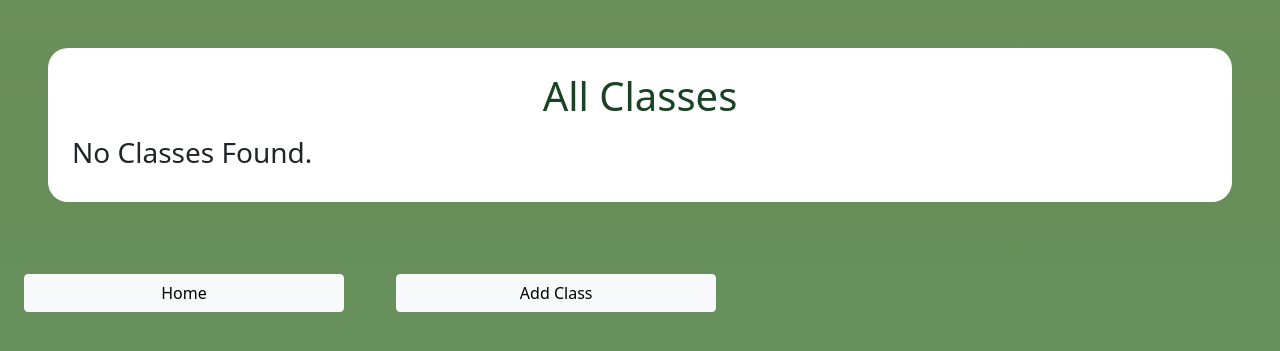
Repository: ronetteguevara/CalTech-ZumbaApp
Page: http://localhost/ZumbaApp/ViewClasses.jsp
These files come from the project's save history. The page is drawn as it stood at one moment and after the next save; the edit follows.
The browser window is 1280 px wide. The pictures show the whole page.
The page is served by Tomcat 10. Other server files are loaded and not shown. Queries for data that is not in the repository find no rows.

Above is the page before, as saved 2024-05-03 02:13:20.

### ZumbaApp/ZumbaApp/src/main/webapp/ViewClasses.jsp
<%@ page contentType="text/html;charset=UTF-8" language="java" %>
<%@ page import="java.util.ArrayList, com.zumbaapp.servlet.db.DB, com.zumbaapp.servlet.model.Classes" %>
<html>
<head>
    <title>All Classes</title>
<link rel="stylesheet" href="css/bootstrap.css"></link>
<link rel="stylesheet" href="style.css"></link>
</head>
<body class="gradient-background justify-content-center">

        <div class="my-4 d-flex justify-content-center col-xl-12 col-lg-12 col-md-12 col-sm-12 col-12">
        <div class="container-fluid my-4 mx-5 px-4 py-4 justify-content-center" style="background-color: white; border-radius: 20px;">
        <h1 class="mb-3" style="text-align: center;">All Classes</h1>

        <%
            DB db = new DB();
            ArrayList<Classes> zumbaClasses = db.fetchAllClasses();
            db.closeConnection();

            if (zumbaClasses != null && zumbaClasses.size() > 0) {
                out.print("<table class='table table-hover'>");
                out.print("<thead>");
                out.print("<tr>");
                out.print("<th scope='col'>ID</th>");
                out.print("<th scope='col'>Name</th>");
                out.print("<th scope='col'>Session</th>");
                out.print("<th scope='col'>Date</th>");
                out.print("<th scope='col'>Start Time</th>");
                out.print("<th scope='col'>End Time</th>");
                out.print("<th scope='col'>Location</th>");
                out.print("<th scope='col'>Actions</th>");
                out.print("</tr>");
                out.print("</thead>");
                out.print("<tbody>");


                for (Classes classes : zumbaClasses) {
                    out.print("<tr>");
                    out.print("<td>" + classes.id + "</td>");
                    out.print("<td>" + classes.name + "</td>");
                    out.print("<td>" + classes.session + "</td>");
                    out.print("<td>" + classes.date + "</td>");
                    out.print("<td>" + classes.startTime + "</td>");
                    out.print("<td>" + classes.endTime + "</td>");
                    out.print("<td>" + classes.location + "</td>");
                    out.print("<td><a href='DeleteClasses?id=" + classes.id + "'>Delete</a> | <a href='EditClass.jsp?id=" + classes.id + "'>Edit</a></td>");
                    out.print("</tr>");
                }
                out.print("</tbody>");
                out.print("</table>");
            } else {
                out.print("<h3>No Classes Found.</h3>");
            }

            out.print("</div>");
            out.print("</div>");
        %>
        <div class="justify-content-center">
        <button type="button" class="w-25 btn btn-primary btn-light mx-4 my-4" href="Home.jsp">Home</a></button>
        <button type="button" class="w-25 btn btn-primary btn-light mx-4 my-4" href="add-class.html">Add Class</a></button>
		</div>
</body>
</html>

### ZumbaApp/ZumbaApp/src/main/java/com/zumbaapp/servlet/db/DB.java
package com.zumbaapp.servlet.db;

import java.sql.Connection;
import java.sql.DriverManager;
import java.sql.PreparedStatement;
import java.sql.ResultSet;
import java.util.ArrayList;

import com.zumbaapp.servlet.model.Classes;
import com.zumbaapp.servlet.model.Participant;

public class DB {

		Connection connection;
		PreparedStatement preparedStatement;

		public DB() {
			try {
				Class.forName("com.mysql.cj.jdbc.Driver");
				System.out.println("[DB] Driver Loaded");

				connection = DriverManager.getConnection("jdbc:mysql://127.0.0.1:3306/zumba_management", "root", "201155876");
				System.out.println("[DB] Connection created");
			}
			catch(Exception e) {
				System.out.println("Something went wrong: " + e);
			}
		}

		public void closeConnection() {
			try {
				connection.close();
				System.out.println("[DB] Connection to DB closed");
			}
			catch(Exception e) {
				System.out.println("Something went wrong: " + e);
			}
		}

		public int addClasses(Classes classes) {
			int result = 0;

			try {
			String sql = "INSERT INTO Classes VALUES (null, ?, ?, ?, ?, ?, ?)";
			preparedStatement = connection.prepareStatement(sql);
			preparedStatement.setString(1, classes.name);
			preparedStatement.setString(2, classes.session);
			preparedStatement.setString(3, classes.date);
			preparedStatement.setString(4, classes.startTime);
			preparedStatement.setString(5, classes.endTime);
			preparedStatement.setString(6, classes.location);

			result = preparedStatement.executeUpdate();

			}
			catch(Exception e) {
				System.out.println("Something went wrong: " + e);
			}
			return result;
		}

		public int addParticipant(Participant participant) {
			int result = 0;

			try {
			String sql = "INSERT INTO Participant VALUES (null, ?, ?, ?, ?, ?)";
			preparedStatement = connection.prepareStatement(sql);
			preparedStatement.setString(1, participant.firstName);
			preparedStatement.setString(2, participant.lastName);
			preparedStatement.setString(3, participant.email);
			preparedStatement.setString(4, participant.phone);
			preparedStatement.setString(5, participant.zumbaClass);

			result = preparedStatement.executeUpdate();

			}
			catch(Exception e) {
				System.out.println("Something went wrong: " + e);
			}
			return result;
		}

		public ArrayList<Classes> fetchAllClasses() {
			ArrayList<Classes> zumbaClasses = new ArrayList<>();
			try {
				String sql = "SELECT * FROM Classes";
				preparedStatement = connection.prepareStatement(sql);

				ResultSet set = preparedStatement.executeQuery();

				while(set.next()) {
					Classes classes = new Classes();
					classes.id = set.getInt(1);
					classes.name = set.getString(2);
					classes.session = set.getString(3);
					classes.date = set.getString(4);
					classes.startTime = set.getString(5);
					classes.endTime = set.getString(6);
					classes.location = set.getString(7);

					zumbaClasses.add(classes);

				}
			}
			catch(Exception e) {
				System.out.println("Something went wrong: " + e);

			}
			return zumbaClasses;
		}

		public ArrayList<Participant> fetchAllParticipants() {
			ArrayList<Participant> zumbaParticipants = new ArrayList<>();
			try {
				String sql = "SELECT * FROM Participant";
				preparedStatement = connection.prepareStatement(sql);

				ResultSet set = preparedStatement.executeQuery();

				while(set.next()) {
					Participant participant = new Participant();
					participant.id = set.getInt(1);
					participant.firstName = set.getString(2);
					participant.lastName = set.getString(3);
					participant.email = set.getString(4);
					participant.phone = set.getString(5);
					participant.zumbaClass = set.getString(6);

					zumbaParticipants.add(participant);
				}
			}
			catch(Exception e) {
				System.out.println("Something went wrong: " + e);

			}
			return zumbaParticipants;
		}

		public int deleteClasses(int id) {
			int result = 0;
			try {
				String sql = "DELETE FROM Classes WHERE id=?";
				preparedStatement = connection.prepareStatement(sql);
				preparedStatement.setInt(1, id);

				preparedStatement.executeUpdate();

				result = preparedStatement.executeUpdate();

			}
			catch(Exception e) {
				System.out.println("Something went wrong: " + e);
			}
			return result;
	}

		public int deleteParticipant(int id) {
			int result = 0;
			try {
				String sql = "DELETE FROM Participant WHERE id=?";
				preparedStatement = connection.prepareStatement(sql);
				preparedStatement.setInt(1, id);

				preparedStatement.executeUpdate();

				result = preparedStatement.executeUpdate();

			}
			catch(Exception e) {
				System.out.println("Something went wrong: " + e);
			}
			return result;
	}

		public Classes fetchClass(int id) {

			Classes classes = new Classes();

			try {
				String sql = "SELECT * FROM Classes WHERE id=?";
				preparedStatement = connection.prepareStatement(sql);
				preparedStatement.setInt(1, id);

				ResultSet set = preparedStatement.executeQuery();

				while(set.next()) {
					classes.id = set.getInt(1);
					classes.name = set.getString(2);
					classes.session = set.getString(3);
					classes.date = set.getString(4);
					classes.startTime = set.getString(5);
					classes.endTime = set.getString(6);
					classes.location = set.getString(7);
				}
			}
			catch(Exception e) {
				System.out.println("Something went wrong: " + e);

			}
			return classes;
		}

		public Participant fetchParticipant(int id) {
			Participant participant = new Participant();
			try {
				String sql = "SELECT * FROM Participant WHERE id=?";
				preparedStatement = connection.prepareStatement(sql);
				preparedStatement.setInt(1, id);

				ResultSet set = preparedStatement.executeQuery();

				while(set.next()) {
					participant.id = set.getInt(1);
					participant.firstName = set.getString(2);
					participant.lastName = set.getString(3);
					participant.email = set.getString(4);
					participant.phone = set.getString(5);
					participant.zumbaClass = set.getString(6);
				}
			}
			catch(Exception e) {
				System.out.println("Something went wrong: " + e);

			}
			return participant;
		}

		public int saveClasses (Classes classes) {
			int result = 0;

			try {
				String sql = "UPDATE Classes SET name = ?, session = ?, date = ?, startTime = ?, endTime = ?, location = ? WHERE id=?";
				preparedStatement = connection.prepareStatement(sql);
				preparedStatement.setString(1, classes.name);
				preparedStatement.setString(2, classes.session);
				preparedStatement.setString(3, classes.date);
				preparedStatement.setString(4, classes.startTime);
				preparedStatement.setString(5, classes.endTime);
				preparedStatement.setString(6, classes.location);
				preparedStatement.setInt(7, classes.id);

				result = preparedStatement.executeUpdate();

			}
			catch(Exception e) {
				System.out.println("Something went wrong: " + e);
			}

			return result;
		}

		public int saveParticipant (Participant participant) {
			int result = 0;

			try {
				String sql = "UPDATE Participant SET firstName = ?, lastName = ?, email = ?, phone = ?, zumbaClass = ? WHERE id=?";
				preparedStatement = connection.prepareStatement(sql);
				preparedStatement.setString(1, participant.firstName);
				preparedStatement.setString(2, participant.lastName);
				preparedStatement.setString(3, participant.email);
				preparedStatement.setString(4, participant.phone);
				preparedStatement.setString(5, participant.zumbaClass);
				preparedStatement.setInt(6, participant.id);

				result = preparedStatement.executeUpdate();

			}
			catch(Exception e) {
				System.out.println("Something went wrong: " + e);
			}

			return result;
		}

}

### ZumbaApp/ZumbaApp/src/main/webapp/style.css
@charset "UTF-8";

.button {
  background-color: #458933;
  border: none;
}

.button:hover {
  background-color: #82c360;
}

a {
  color: #458933;
}

a:hover {
 color: #82c360;
}

a:visited {
  color: #1a4324;
}

h1 {
	color: #1a4324;
}

footer {
	background-color: white;
}

.gradient-background {
  background: linear-gradient(0deg, #74d3ae, #678d58, #a6c48a);
  background-size: 1000% 1000%;

  -webkit-animation: AnimationName 8s ease infinite;
  -moz-animation: AnimationName 8s ease infinite;
  animation: AnimationName 8s ease infinite;
}

@-webkit-keyframes AnimationName {
  0%{background-position:0% 35%}
  50%{background-position:100% 66%}
  100%{background-position:0% 35%}
}
@-moz-keyframes AnimationName {
  0%{background-position:0% 35%}
  50%{background-position:100% 66%}
  100%{background-position:0% 35%}
}
@keyframes AnimationName {
  0%{background-position:0% 35%}
  50%{background-position:100% 66%}
  100%{background-position:0% 35%}

}

Loaded but not shown: ZumbaApp/ZumbaApp/src/main/webapp/css/bootstrap.css (library)

After the next save:
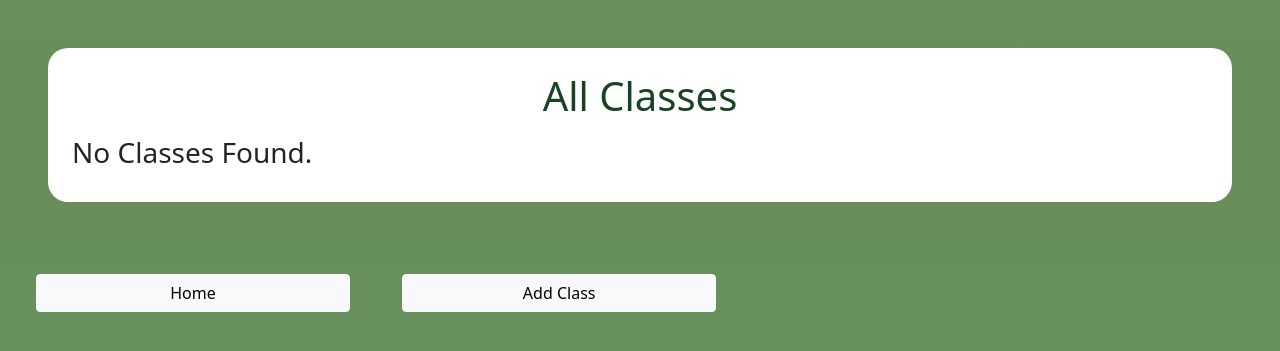
Saved 24 s later.
--- a/ZumbaApp/ZumbaApp/src/main/webapp/ViewClasses.jsp
+++ b/ZumbaApp/ZumbaApp/src/main/webapp/ViewClasses.jsp
@@ -55,7 +55,7 @@
             out.print("</div>");
             out.print("</div>");
         %>
-        <div class="justify-content-center">
+        <div class="container-fluid">
         <button type="button" class="w-25 btn btn-primary btn-light mx-4 my-4" href="Home.jsp">Home</a></button>
         <button type="button" class="w-25 btn btn-primary btn-light mx-4 my-4" href="add-class.html">Add Class</a></button>
 		</div>
